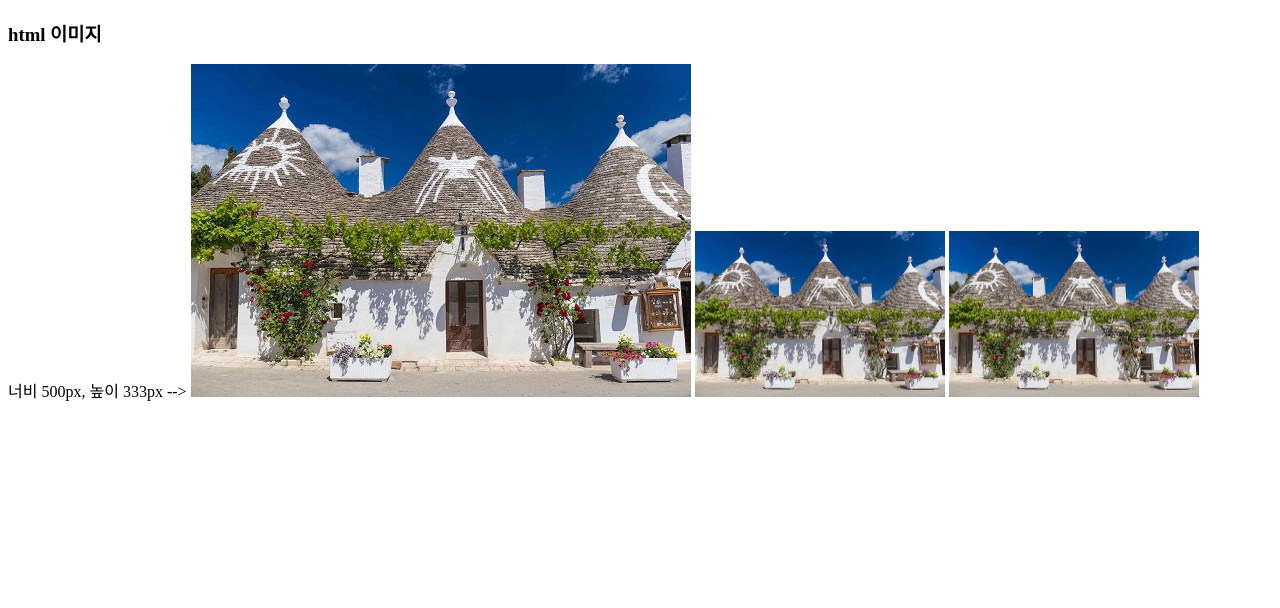
Repository: donggri1/WORKSPACE
Page: WebClass/webPro/src/main/webapp/html/days02/ex11.html
An editor plug-in stored every save of this project. The page is shown before and after the next save, followed by the edit.
The browser window is 1280 px wide. The pictures show the whole page.

Above is the page before, as saved 2024-03-25 08:14:08.

After the next save:
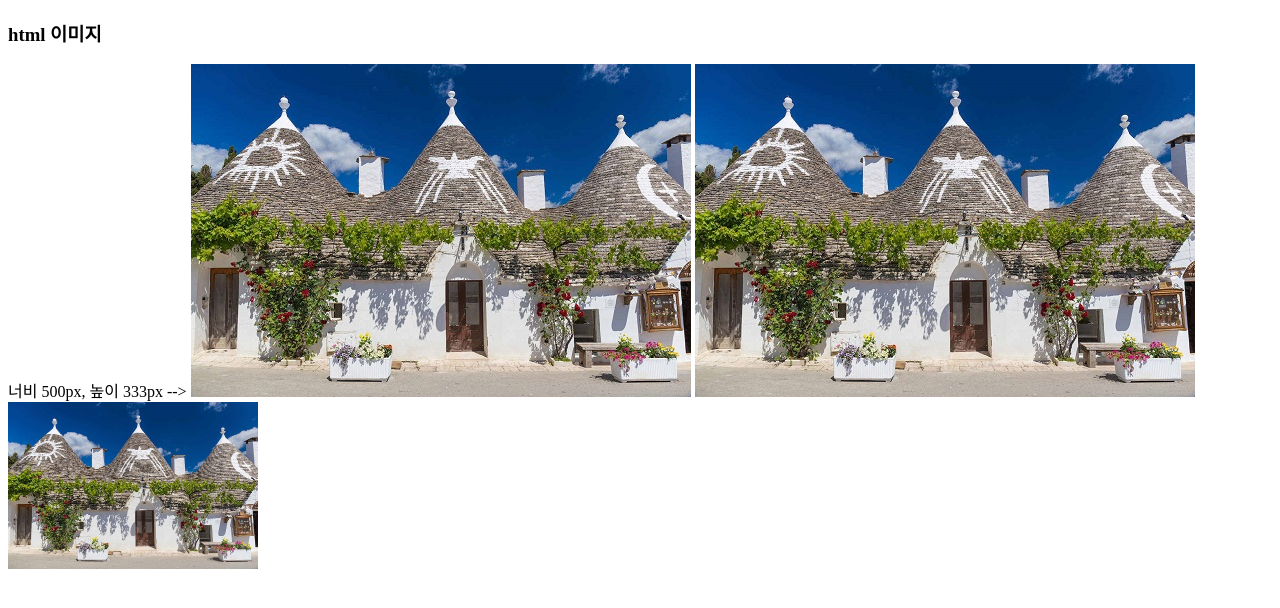
Saved 32 s later.
--- a/WebClass/webPro/src/main/webapp/html/days02/ex11.html
+++ b/WebClass/webPro/src/main/webapp/html/days02/ex11.html
@@ -21,7 +21,7 @@
 
 
 <!-- 너비 250px,높이 166.5px -->
-<img alt="이탈리안 튤립" src="../images/pic_trulli.jpg"width="250">
+<img alt="이탈리안 튤립" src="../images/pic_trulli.jpg"width="500">
 <!-- CSS style속성 너비 설정 css는 반드시 단위를 붙여야 한다. -->
 <img alt="이탈리안 튤립" src="../images/pic_trulli.jpg"width="250px">
 </body>

After the save that followed:
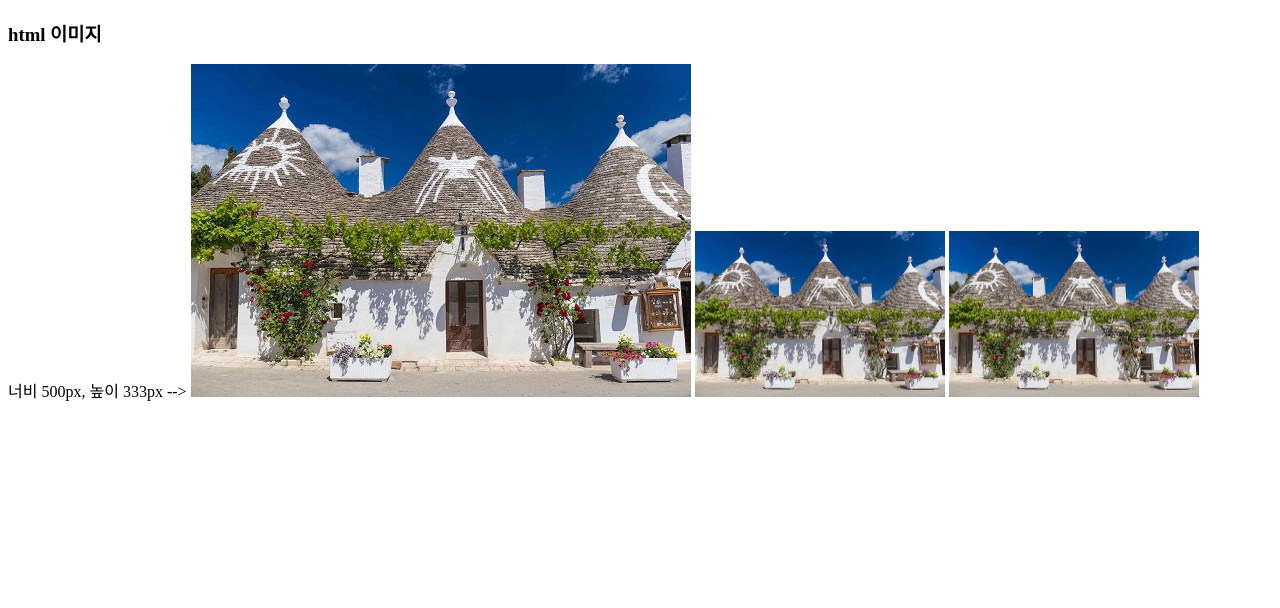
Saved 7 s later.
--- a/WebClass/webPro/src/main/webapp/html/days02/ex11.html
+++ b/WebClass/webPro/src/main/webapp/html/days02/ex11.html
@@ -21,7 +21,7 @@
 
 
 <!-- 너비 250px,높이 166.5px -->
-<img alt="이탈리안 튤립" src="../images/pic_trulli.jpg"width="500">
+<img alt="이탈리안 튤립" src="../images/pic_trulli.jpg"width="250">
 <!-- CSS style속성 너비 설정 css는 반드시 단위를 붙여야 한다. -->
 <img alt="이탈리안 튤립" src="../images/pic_trulli.jpg"width="250px">
 </body>
